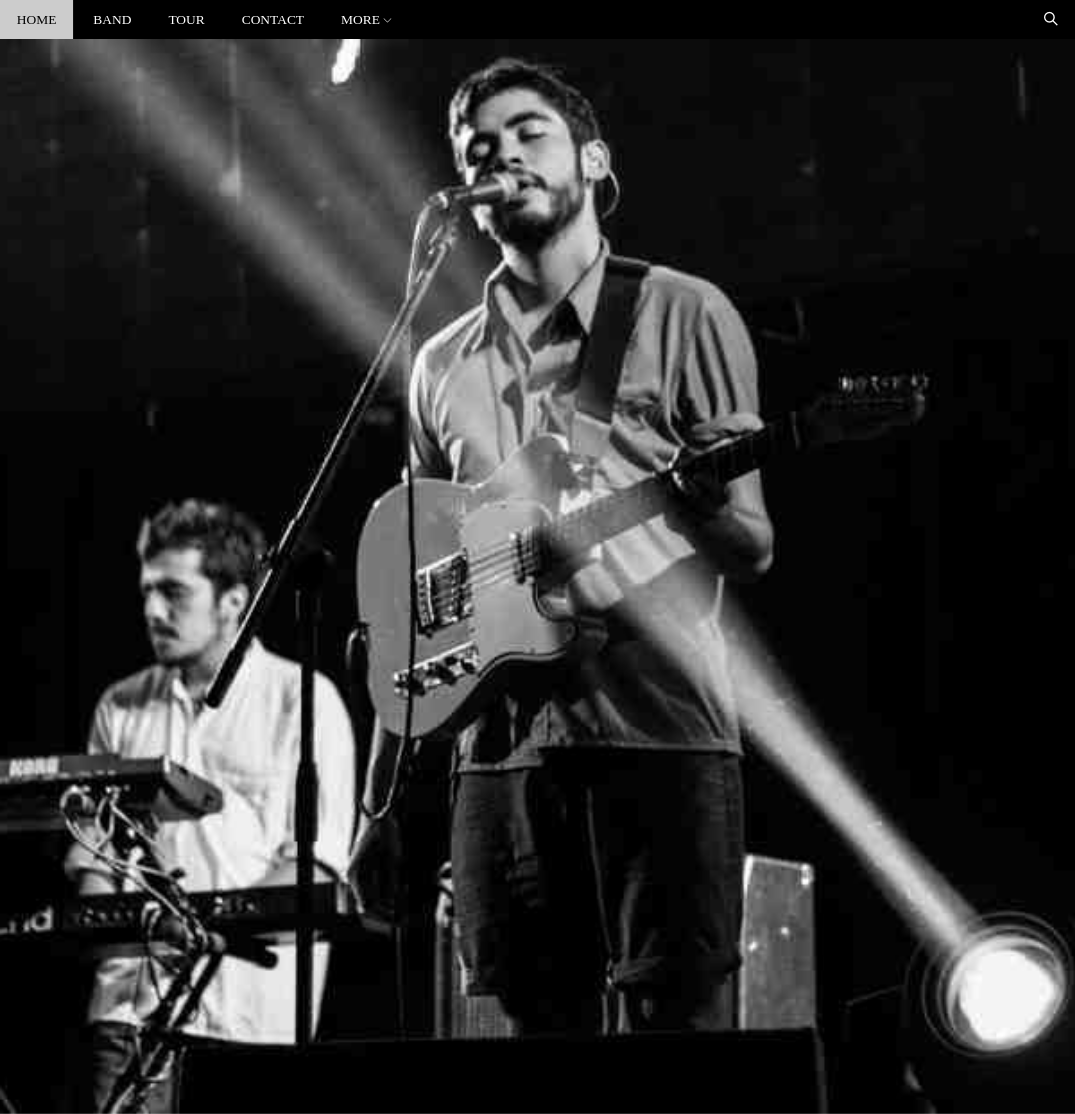
Repository: Dino0411/Dino0411.github.io
Page: index.html
An editor plug-in stored every save of this project. The page is shown before and after the next save, followed by the edit.
The browser window is 1280 px wide. The pictures show the whole page, at 84% of full size.

Above is the page before, as saved 2021-10-03 23:55:35.

After the next save:
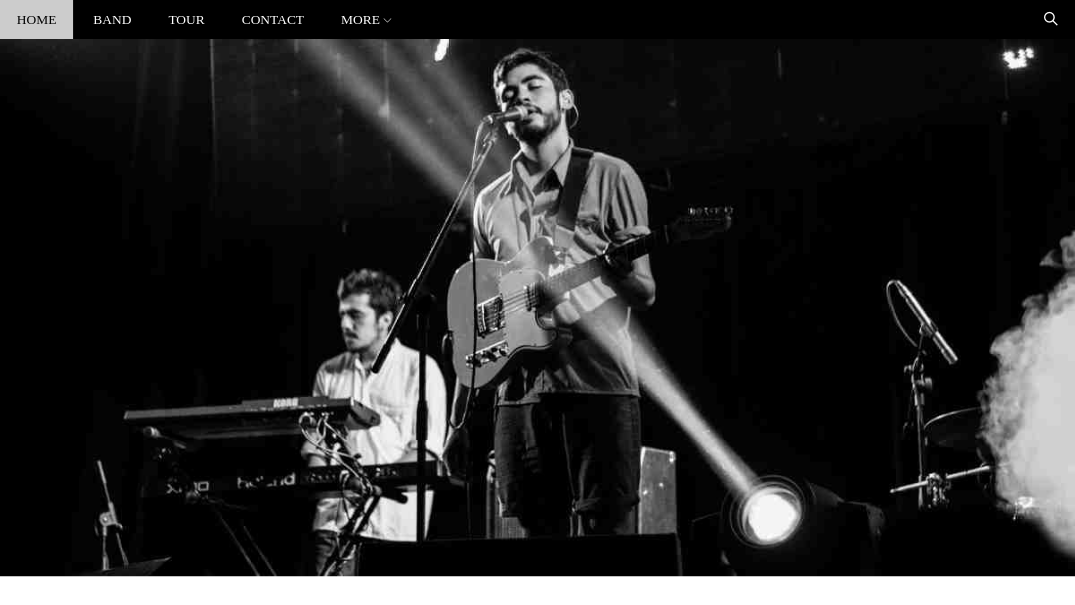
Saved 2 min 16 s later.
--- a/assets/css/style.css
+++ b/assets/css/style.css
@@ -93,7 +93,7 @@ TODO:tổng quan đến chi tiết
 }
 #slider {
   margin-top: 46px;
-  padding: 50%;
+  padding-top: 50%;
   background: url("/assets/img/slider/slider1.jpg") top center / cover no-repeat;
 }
 #content {
